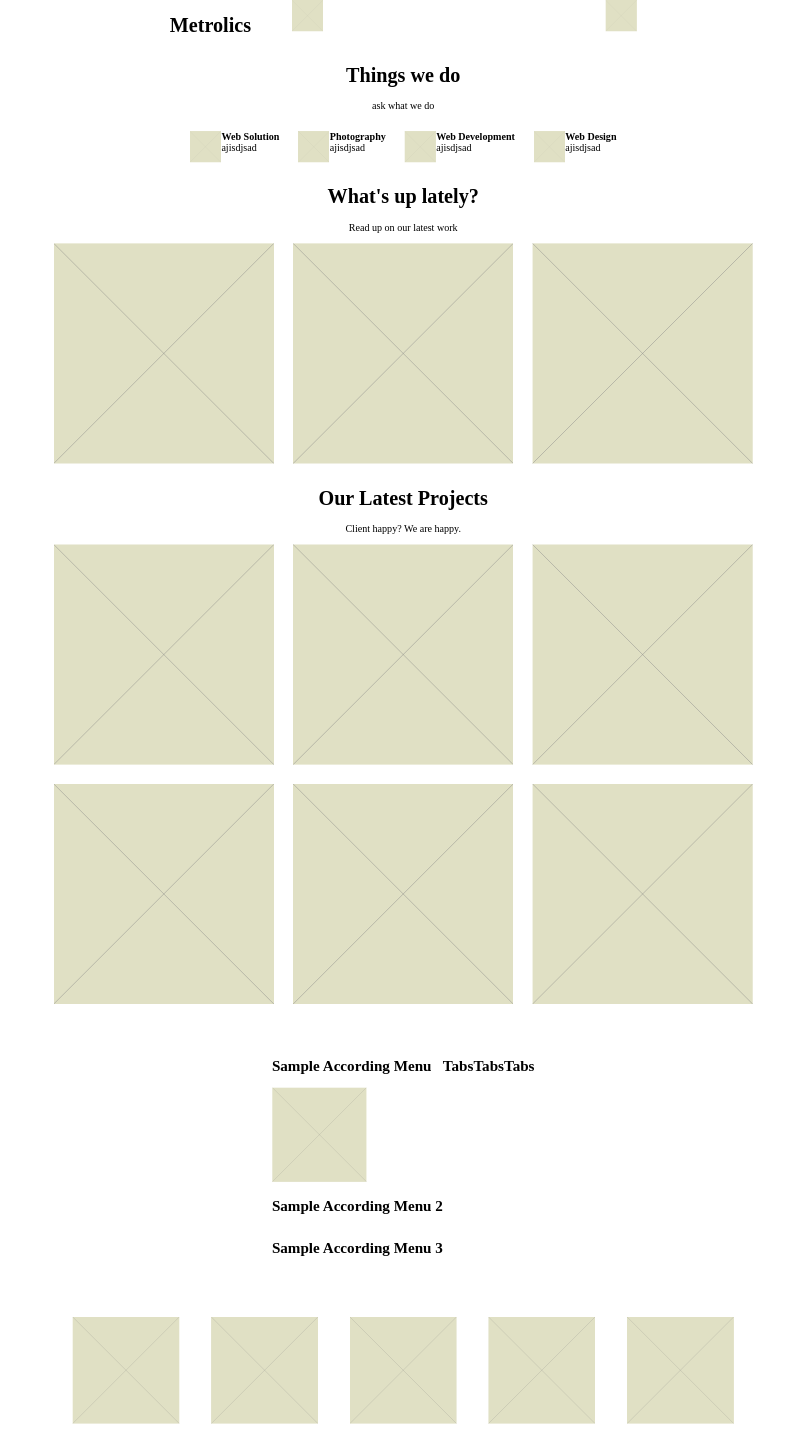
Repository: ReallyNguyen/responsive-web
Page: index.html
These files come from the project's save history. The page is drawn as it stood at one moment and after a run of saves; the edit follows.
The browser window is 1280 px wide. The pictures show the whole page, at 63% of full size.

Above is the page before, as saved 2023-01-25 21:28:17.

After the next 2 saves:
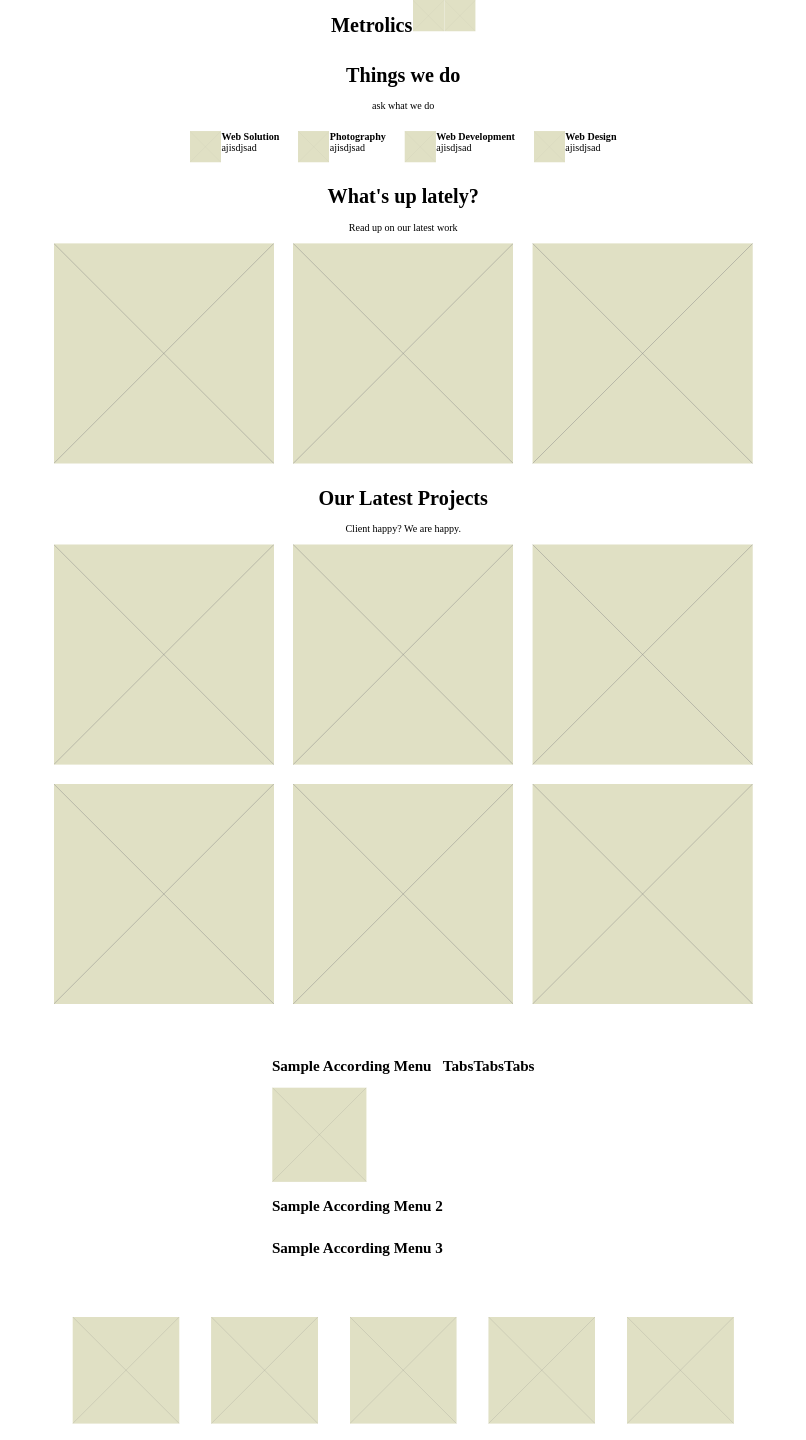
The 2 saves are shown as one change because they came seconds apart.
The last was saved 90 s later.
--- a/css/main.css
+++ b/css/main.css
@@ -3,15 +3,6 @@
   flex-direction: row;
   justify-content: center;
 }
-
-.company-name {
-  margin-right: 5%;
-}
-
-.logo {
-  margin-right: 35%;
-}
-
 
 
 
